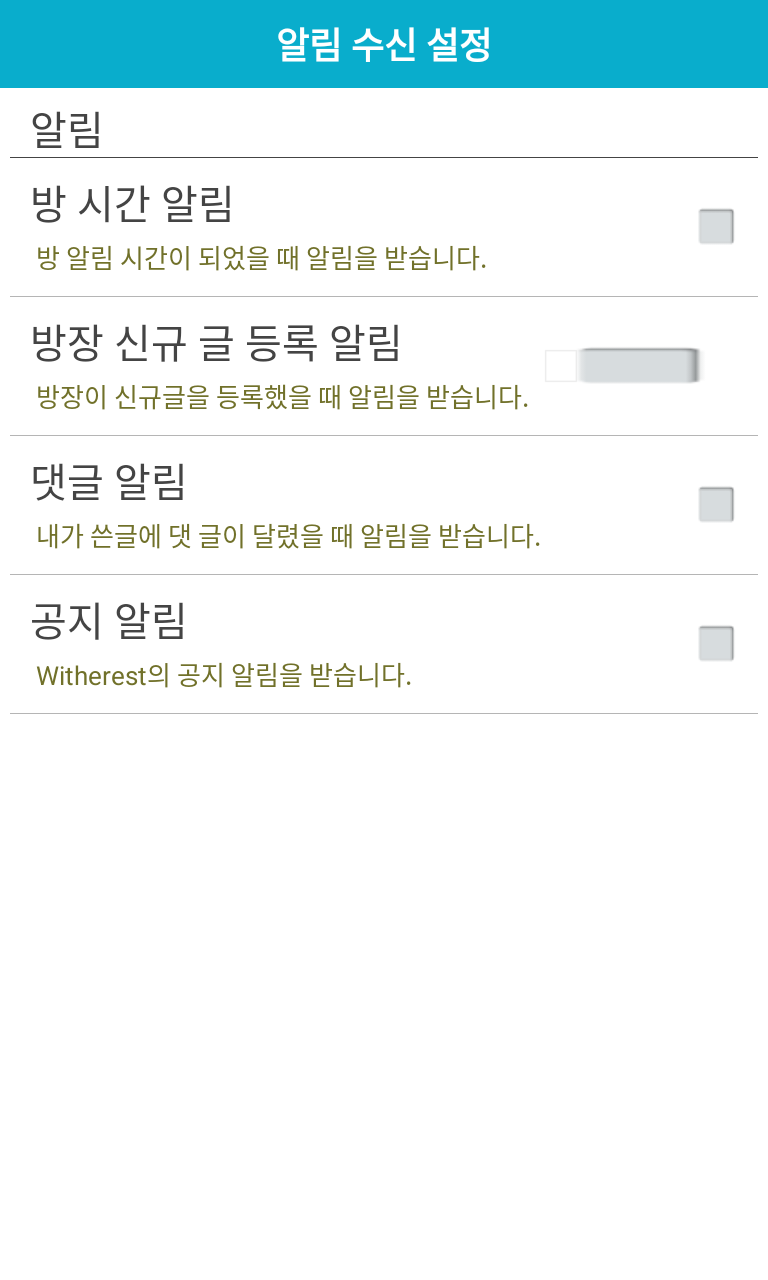
Repository: belhyun/witherest-android
Layout: Witherest/res/layout/activity_notificationconfig.xml
The author's editor kept a copy of each file at every save. The layout is drawn from the files as they stood at one save, then again after the next save.
It is drawn on a 768 x 1280 px phone screen (xhdpi) without system bars, with theme android:Theme.Holo.NoActionBar; the app's code is not run.

Above is the layout before, as saved 2013-07-07 20:43:17.

### Witherest/res/layout/activity_notificationconfig.xml
<?xml version="1.0" encoding="utf-8"?>
<LinearLayout xmlns:android="http://schemas.android.com/apk/res/android"
    android:layout_width="fill_parent"
    android:layout_height="fill_parent"
    android:background="#ffffff"
    android:orientation="vertical" >

       <LinearLayout
        android:layout_width="fill_parent"
        android:layout_height="44dp"
        android:background="#09ADCC" >

        <TextView
            android:layout_width="fill_parent"
            android:layout_height="fill_parent"
            android:layout_gravity="center_horizontal|center_vertical"
            android:gravity="center"
            android:text="@string/notificationconfig"
            android:textColor="#ffffff"
            android:textSize="18sp"
            android:textStyle="bold" />
    </LinearLayout>

    <LinearLayout
        android:layout_width="fill_parent"
        android:layout_height="fill_parent"
        android:layout_marginLeft="5dp"
        android:layout_marginRight="5dp"
        android:orientation="vertical" >

        <ScrollView
            android:layout_width="match_parent"
            android:layout_height="match_parent"
            android:scrollbars="@null" >

            <LinearLayout
                android:layout_width="match_parent"
                android:layout_height="wrap_content"
                android:orientation="vertical" >

                <TextView
                    android:layout_width="wrap_content"
                    android:layout_height="wrap_content"
                    android:layout_marginLeft="10dp"
                    android:layout_marginTop="5dp"
                    android:text="@string/notification"
                    android:textColor="#444444"
                    android:textSize="20sp"
                    android:typeface="sans" />

                <LinearLayout
                    android:layout_width="match_parent"
                    android:layout_height="1px"
                    android:background="#444444"
                    android:orientation="vertical" >
                </LinearLayout>

                <RelativeLayout
                    android:layout_width="fill_parent"
                    android:layout_height="wrap_content"
                    android:background="@drawable/makeroom_selector"
                    android:clickable="true"
                    android:gravity="center_vertical"
                    android:orientation="horizontal"
                    android:padding="5dip" >

                    <LinearLayout
                        android:id="@+id/activity_noti_config_linear1"
                        android:layout_width="match_parent"
                        android:layout_height="wrap_content"
                        android:layout_marginBottom="5dp"
                        android:layout_marginLeft="5dp"
                        android:layout_marginTop="2dp"
                        android:orientation="vertical" >

                        <TextView
                            android:layout_width="wrap_content"
                            android:layout_height="wrap_content"
                            android:layout_marginBottom="3dp"
                            android:text="@string/activity_noti_config_time"
                            android:textColor="#444444"
                            android:textSize="20sp"
                            android:textStyle="normal"
                            android:typeface="sans" />

                        <TextView
                            android:layout_width="wrap_content"
                            android:layout_height="wrap_content"
                            android:layout_marginLeft="3dp"
                            android:text="@string/activity_noti_config_time_des"
                            android:textColor="#71712a"
                            android:textSize="13sp"
                            android:typeface="sans" />
                    </LinearLayout>

                    <CheckBox
                        android:id="@+id/activity_noti_roomtime_btn"
                        android:layout_width="wrap_content"
                        android:layout_height="wrap_content"
                        android:layout_alignParentBottom="true"
                        android:layout_alignParentRight="true"
                        android:layout_alignRight="@id/activity_noti_config_linear1"
                        android:layout_centerVertical="true"
                        android:background="@drawable/check_on_off" />
                </RelativeLayout>

                <LinearLayout
                    android:layout_width="match_parent"
                    android:layout_height="1px"
                    android:background="#b5b5b5" >
                </LinearLayout>

                <RelativeLayout
                    android:layout_width="fill_parent"
                    android:layout_height="wrap_content"
                    android:background="@drawable/makeroom_selector"
                    android:clickable="true"
                    android:gravity="center_vertical"

                    android:padding="5dip" >

                    <LinearLayout
                        android:id="@+id/activity_noti_config_linear2"
                        android:layout_width="wrap_content"
                        android:layout_height="wrap_content"
                        android:layout_marginBottom="5dp"
                        android:layout_marginLeft="5dp"
                        android:layout_marginTop="2dp"
                        android:orientation="vertical" >

                        <TextView
                            android:layout_width="wrap_content"
                            android:layout_height="wrap_content"
                            android:layout_marginBottom="3dp"
                            android:text="@string/activity_noti_config_manager_register"
                            android:textColor="#444444"
                            android:textSize="20sp"
                            android:textStyle="normal"
                            android:typeface="sans" />

                        <TextView
                            android:layout_width="wrap_content"
                            android:layout_height="wrap_content"
                            android:layout_marginLeft="3dp"
                            android:text="@string/activity_noti_config_manager_register_des"
                            android:textColor="#71712a"
                            android:textSize="13sp"
                            android:typeface="sans" />
                    </LinearLayout>

                    <CheckBox
                        android:id="@+id/activity_noti_roommanager_btn"
                        android:layout_width="wrap_content"
                        android:layout_height="wrap_content"
                        android:layout_alignParentBottom="true"
                        android:layout_alignParentRight="true"
                        android:layout_toRightOf="@id/activity_noti_config_linear2"
                        android:layout_centerVertical="true"
                        android:background="@drawable/check_on_off" />
                </RelativeLayout>

                <LinearLayout
                    android:layout_width="match_parent"
                    android:layout_height="1px"
                    android:background="#b5b5b5" >
                </LinearLayout>

                <RelativeLayout
                    android:layout_width="fill_parent"
                    android:layout_height="wrap_content"
                    android:background="@drawable/makeroom_selector"
                    android:clickable="true"
                    android:gravity="center_vertical"
                    android:orientation="horizontal"
                    android:padding="5dip" >

                    <LinearLayout
                        android:id="@+id/activity_noti_config_linear3"
                        android:layout_width="match_parent"
                        android:layout_height="wrap_content"
                        android:layout_marginBottom="5dp"
                        android:layout_marginLeft="5dp"
                        android:layout_marginTop="2dp"
                        android:orientation="vertical" >

                        <TextView
                            android:layout_width="wrap_content"
                            android:layout_height="wrap_content"
                            android:layout_marginBottom="3dp"
                            android:text="@string/activity_noti_config_register_mine"
                            android:textColor="#444444"
                            android:textSize="20sp"
                            android:textStyle="normal"
                            android:typeface="sans" />

                        <TextView
                            android:layout_width="wrap_content"
                            android:layout_height="wrap_content"
                            android:layout_marginLeft="3dp"
                            android:text="@string/activity_noti_config_register_mine_des"
                            android:textColor="#71712a"
                            android:textSize="13sp"
                            android:typeface="sans" />
                    </LinearLayout>

                    <CheckBox
                        android:id="@+id/activity_noti_reply_btn"
                        android:layout_width="wrap_content"
                        android:layout_height="wrap_content"
                        android:layout_alignParentBottom="true"
                        android:layout_alignParentRight="true"
                        android:layout_alignRight="@id/activity_noti_config_linear3"
                        android:layout_centerVertical="true"
                        android:background="@drawable/check_on_off" />
                </RelativeLayout>

                <LinearLayout
                    android:layout_width="match_parent"
                    android:layout_height="1px"
                    android:background="#b5b5b5" >
                </LinearLayout>

                <RelativeLayout
                    android:layout_width="fill_parent"
                    android:layout_height="wrap_content"
                    android:background="@drawable/makeroom_selector"
                    android:clickable="true"
                    android:gravity="center_vertical"
                    android:orientation="horizontal"
                    android:padding="5dip" >

                    <LinearLayout
                        android:id="@+id/activity_noti_config_linear4"
                        android:layout_width="match_parent"
                        android:layout_height="wrap_content"
                        android:layout_marginBottom="5dp"
                        android:layout_marginLeft="5dp"
                        android:layout_marginTop="2dp"
                        android:orientation="vertical" >

                        <TextView
                            android:layout_width="wrap_content"
                            android:layout_height="wrap_content"
                            android:layout_marginBottom="3dp"
                            android:text="@string/activity_noti_company"
                            android:textColor="#444444"
                            android:textSize="20sp"
                            android:textStyle="normal"
                            android:typeface="sans" />

                        <TextView
                            android:layout_width="wrap_content"
                            android:layout_height="wrap_content"
                            android:layout_marginLeft="3dp"
                            android:text="@string/activity_noti_company_des"
                            android:textColor="#71712a"
                            android:textSize="13sp"
                            android:typeface="sans" />
                    </LinearLayout>

                    <CheckBox
                        android:id="@+id/activity_noti_witherestinfo_btn"
                        android:layout_width="wrap_content"
                        android:layout_height="wrap_content"
                        android:layout_alignParentBottom="true"
                        android:layout_alignParentRight="true"
                        android:layout_alignRight="@id/activity_noti_config_linear4"
                        android:layout_centerVertical="true"
                        android:background="@drawable/check_on_off" />
                </RelativeLayout>

                <LinearLayout
                    android:layout_width="match_parent"
                    android:layout_height="1px"
                    android:background="#b5b5b5" >
                </LinearLayout>
            </LinearLayout>
        </ScrollView>
    </LinearLayout>

</LinearLayout>

### Witherest/res/drawable/makeroom_selector.xml
<?xml version="1.0" encoding="utf-8"?>
<selector xmlns:android="http://schemas.android.com/apk/res/android">


    <item android:drawable="@drawable/hover_bg" android:state_pressed="true"/>
    <item android:drawable="@drawable/hover_bg" android:state_pressed="false" android:state_selected="true"/>

</selector>

### Witherest/res/drawable/check_on_off.xml
<?xml version="1.0" encoding="utf-8"?>
<selector
	xmlns:android="http://schemas.android.com/apk/res/android">
    <item
    	android:state_checked="true"
    	android:drawable="@drawable/check_btn_on"/>
    <item
    	android:drawable="@drawable/check_btn_off"/>
</selector>

### Witherest/res/drawable/hover_bg.xml
<?xml version="1.0" encoding="utf-8"?>
<shape xmlns:android="http://schemas.android.com/apk/res/android" >
    <solid android:color="#16cedb"/>
</shape>

Loaded but not shown: Witherest/res/values/strings.xml (245 lines, source omitted)

After the next save:
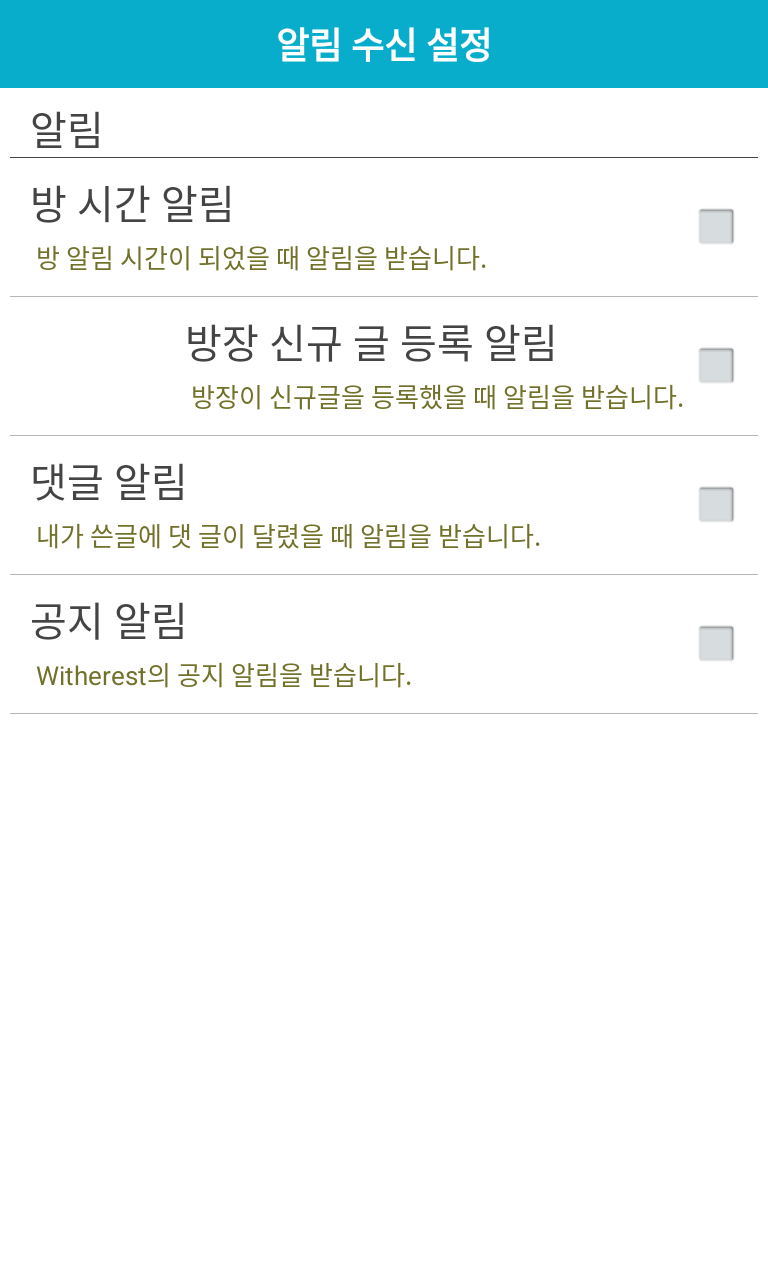
Saved 64 s later.
--- a/Witherest/res/layout/activity_notificationconfig.xml
+++ b/Witherest/res/layout/activity_notificationconfig.xml
@@ -126,6 +126,7 @@
                         android:layout_marginBottom="5dp"
                         android:layout_marginLeft="5dp"
                         android:layout_marginTop="2dp"
+                        android:layout_toLeftOf="@+id/activity_noti_roommanager_btn"
                         android:orientation="vertical" >
 
                         <TextView
@@ -149,12 +150,12 @@
                     </LinearLayout>
 
                     <CheckBox
-                        android:id="@+id/activity_noti_roommanager_btn"
-                        android:layout_width="wrap_content"
-                        android:layout_height="wrap_content"
-                        android:layout_alignParentBottom="true"
-                        android:layout_alignParentRight="true"
-                        android:layout_toRightOf="@id/activity_noti_config_linear2"
+                        android:id="@id/activity_noti_roommanager_btn"
+                        android:layout_width="wrap_content"
+                        android:layout_height="wrap_content"
+                        android:layout_alignParentBottom="true"
+                        android:layout_alignParentRight="true"
+
                         android:layout_centerVertical="true"
                         android:background="@drawable/check_on_off" />
                 </RelativeLayout>
